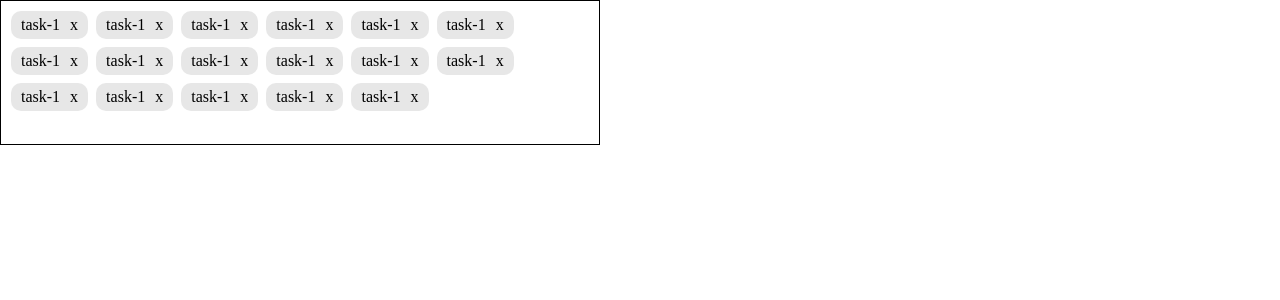
Repository: OkazakiTruong/selectOption
Page: /
The author's editor kept a copy of each file at every save. The page is drawn from the files as they stood at one save, then again after the next save.
The browser window is 1280 px wide. The pictures show the whole page.
The project was rebuilt for these pictures with package versions that can differ from the ones it lists, and the page was loaded fresh each time. Also part of the build but not shown: vite.config.js.

Above is the page before, as saved 2024-01-17 21:04:49.

### src/App.jsx
import React from "react";
import { SelectBoxContainer } from "./SelectBox/SelectBoxContainer";

export default function App() {
  return (
    <div>
      <SelectBoxContainer />
    </div>
  );
}

### src/SelectBox/SelectBoxContainer.jsx
import React from "react";
import "./selectbox.css";

export const SelectBoxContainer = () => {
  return (
    <div>
      <div className="select-input">
        <div className="select-item">
          <span>task-1</span>
          <span className="btn-delete">x</span>
        </div>
        <div className="select-item">
          <span>task-1</span>
          <span className="btn-delete">x</span>
        </div>
        <div className="select-item">
          <span>task-1</span>
          <span className="btn-delete">x</span>
        </div>
        <div className="select-item">
          <span>task-1</span>
          <span className="btn-delete">x</span>
        </div>
        <div className="select-item">
          <span>task-1</span>
          <span className="btn-delete">x</span>
        </div>
        <div className="select-item">
          <span>task-1</span>
          <span className="btn-delete">x</span>
        </div>
        <div className="select-item">
          <span>task-1</span>
          <span className="btn-delete">x</span>
        </div>
        <div className="select-item">
          <span>task-1</span>
          <span className="btn-delete">x</span>
        </div>
        <div className="select-item">
          <span>task-1</span>
          <span className="btn-delete">x</span>
        </div>
        <div className="select-item">
          <span>task-1</span>
          <span className="btn-delete">x</span>
        </div>
        <div className="select-item">
          <span>task-1</span>
          <span className="btn-delete">x</span>
        </div>
        <div className="select-item">
          <span>task-1</span>
          <span className="btn-delete">x</span>
        </div>
        <div className="select-item">
          <span>task-1</span>
          <span className="btn-delete">x</span>
        </div>
        <div className="select-item">
          <span>task-1</span>
          <span className="btn-delete">x</span>
        </div>
        <div className="select-item">
          <span>task-1</span>
          <span className="btn-delete">x</span>
        </div>
        <div className="select-item">
          <span>task-1</span>
          <span className="btn-delete">x</span>
        </div>
        <div className="select-item">
          <span>task-1</span>
          <span className="btn-delete">x</span>
        </div>
        <input className="input"></input>
      </div>
    </div>
  );
};

### src/SelectBox/selectbox.css
.select-input {
  display: flex;
  flex-wrap: wrap;
  width: 600px;
  padding: 10px;
  border: 1px solid black;
  gap: 8px;
}
.select-input .input {
  border: none;
  outline: none;
}
.select-item {
  padding: 5px 10px;
  background-color: #e7e7e7;
  border-radius: 10px;
  display: flex;
  align-items: center;
}
.select-item .btn-delete {
  margin-left: 10px;
}

Loaded but not shown: index.html (common file); src/main.jsx (common file); src/index.css (common file)

After the next save:
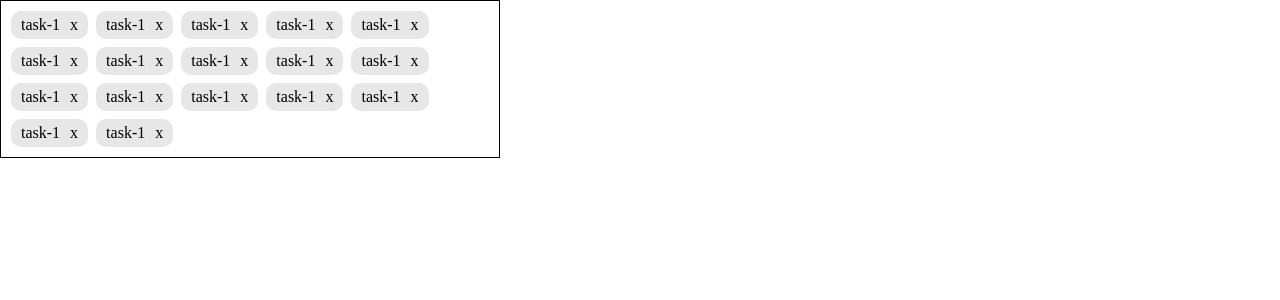
Saved 12 s later.
--- a/src/SelectBox/selectbox.css
+++ b/src/SelectBox/selectbox.css
@@ -1,7 +1,7 @@
 .select-input {
   display: flex;
   flex-wrap: wrap;
-  width: 600px;
+  width: 500px;
   padding: 10px;
   border: 1px solid black;
   gap: 8px;
